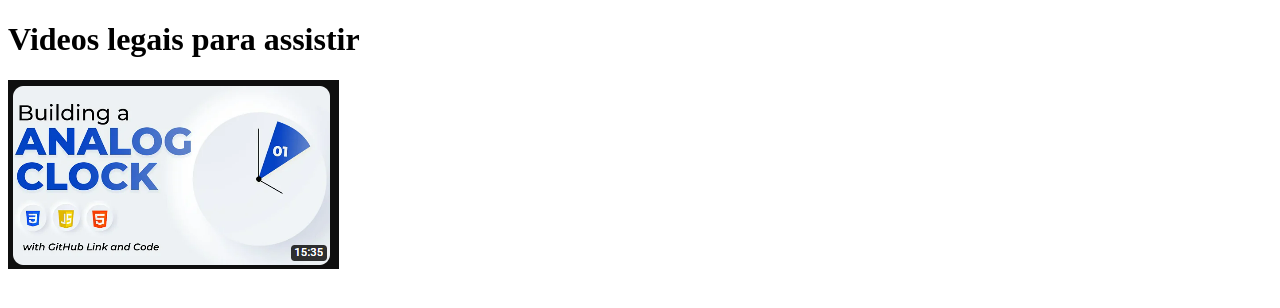
Repository: GabrielTrevisanMargrander/Html-Css
Page: Exercicios/ex012/desafio/index.html
The author's editor kept a copy of each file at every save. The page is drawn from the files as they stood at one save, then again after a run of saves.
The browser window is 1280 px wide. The pictures show the whole page.

Above is the page before, as saved 2023-05-31 20:30:31.

### Exercicios/ex012/desafio/index.html
<!DOCTYPE html>
<html lang="pt-bt">
<head>
    <meta charset="UTF-8">
    <meta http-equiv="X-UA-Compatible" content="IE=edge">
    <meta name="viewport" content="width=device-width, initial-scale=1.0">
    <title>Meus Videos</title>
</head>
<body>

    <h1>Videos legais para assistir
    </h1>

<a href="autor.html" target="_blank"> <img src="iamgens/imagem1.png" alt="nem sei"> </a>
<a href=></a>
<a href=></a>
<a href=></a>



</body>
</html>

After the next 5 saves:
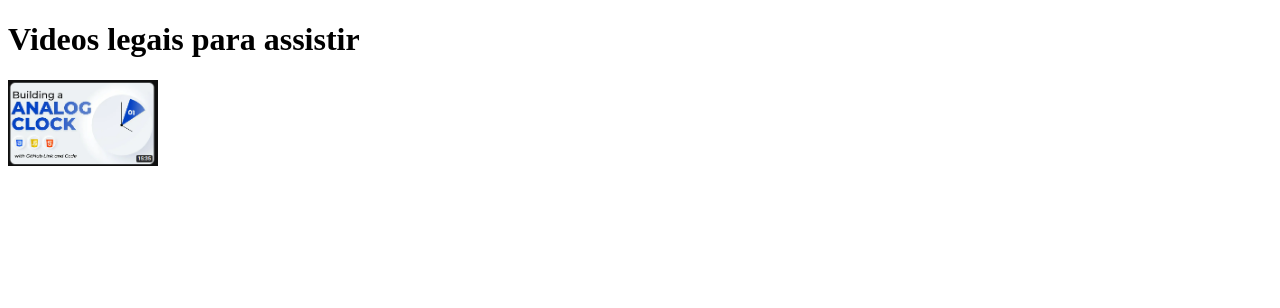
The 5 saves are shown as one change because they came seconds apart.
The last was saved 11 s later.
--- a/Exercicios/ex012/desafio/index.html
+++ b/Exercicios/ex012/desafio/index.html
@@ -11,7 +11,7 @@
     <h1>Videos legais para assistir
     </h1>
 
-<a href="autor.html" target="_blank"> <img src="iamgens/imagem1.png" alt="nem sei"> </a>
+<a href="autor.html" target="_blank"> <img src="iamgens/imagem1.png" alt="nem sei" width="150px"> </a>
 <a href=></a>
 <a href=></a>
 <a href=></a>
